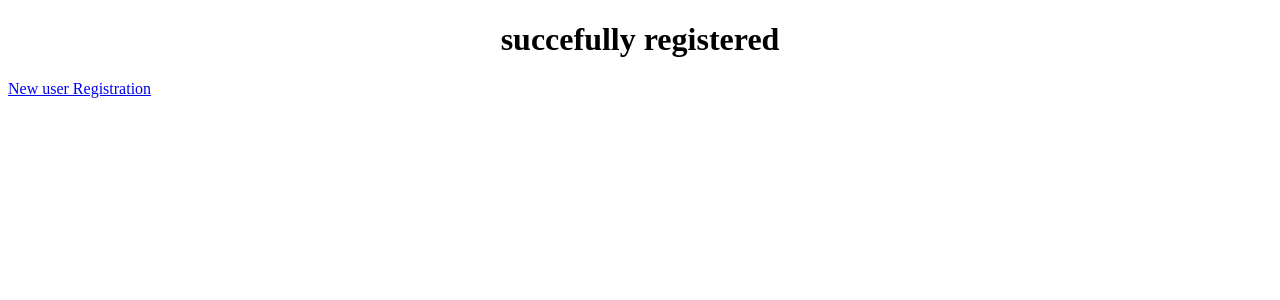
Repository: AbubakarShaik/Java_J2EE_Project
Page: com.testprojectServlet/WebContent/index.html
The author's editor kept a copy of each file at every save. The page is drawn from the files as they stood at one save, then again after the next save.
The browser window is 1280 px wide. The pictures show the whole page.

Above is the page before, as saved 2016-12-21 09:16:56.

### com.testprojectServlet/WebContent/index.html
<!DOCTYPE html>
<html>
<head>
<meta charset="ISO-8859-1">
<title>Insert title here</title>
</head>
<center>
<h1>succefully registered</h1>
</center>
<body>
<a href="Registration.jsp"> New user Registration</a>
</body>
</html>

After the next save:
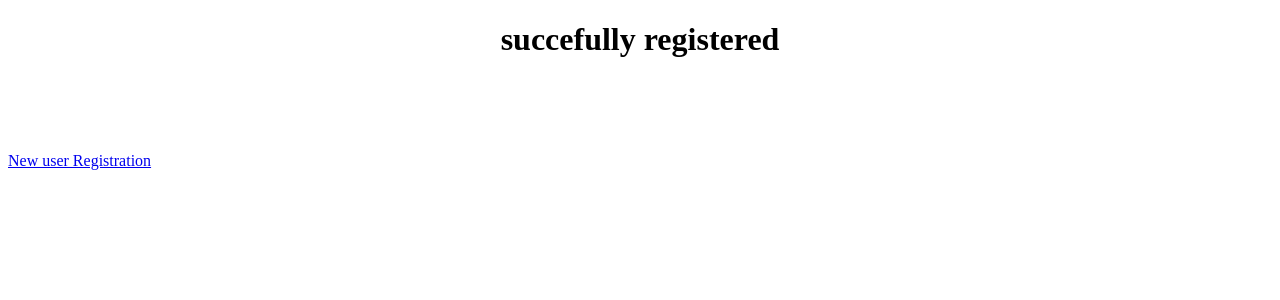
Saved 46 s later.
--- a/com.testprojectServlet/WebContent/index.html
+++ b/com.testprojectServlet/WebContent/index.html
@@ -8,6 +8,12 @@
 <h1>succefully registered</h1>
 </center>
 <body>
+<br>
+</br>
+
+<br>
+</br>
+
 <a href="Registration.jsp"> New user Registration</a>
 </body>
 </html>
